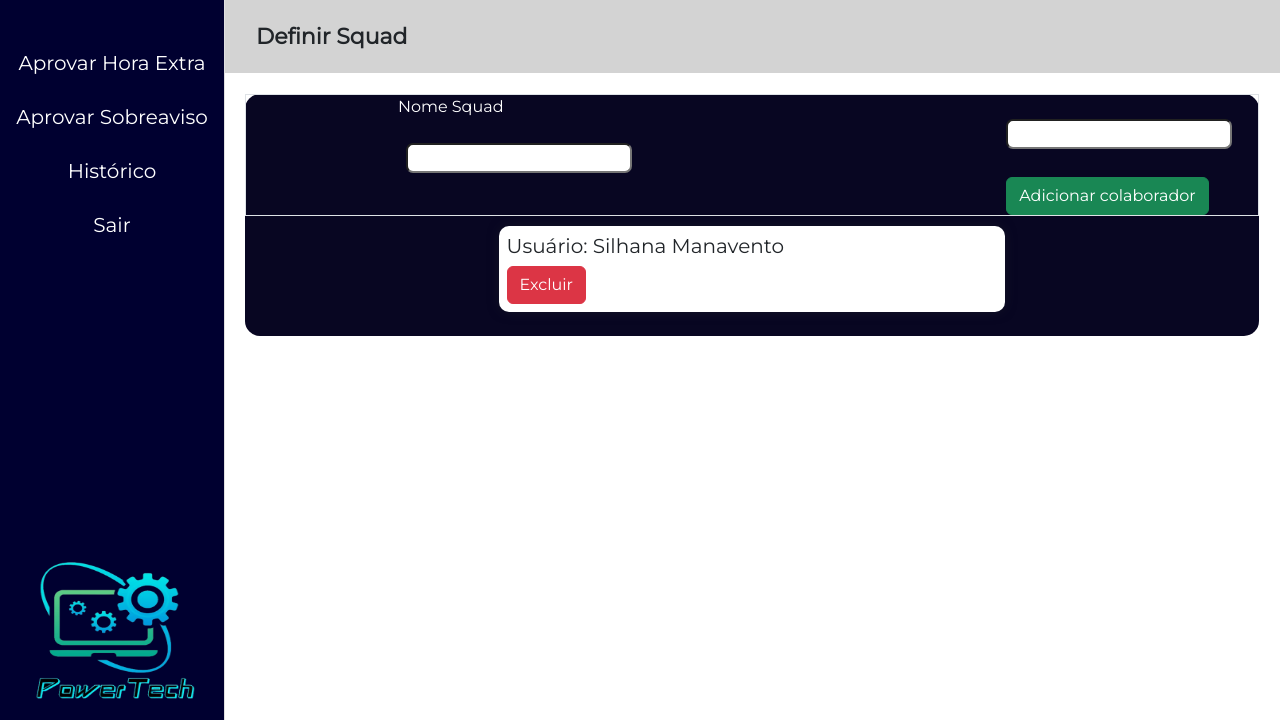
Repository: PowerTech-Fatec/API-2RP-NET
Page: /adm/squad (app in Sprint 3/2rp-web/)
The author's editor kept a copy of each file at every save. The page is drawn from the files as they stood at one save, then again after the next save.
The browser window is 1280 px wide. The pictures show the whole page.
The project was rebuilt for these pictures with package versions that can differ from the ones it lists, and the page was loaded fresh each time. Also part of the build but not shown: Sprint 3/2rp-web/src/pages/login/login.js, Sprint 3/2rp-web/src/pages/home/dashboard.js, Sprint 3/2rp-web/src/pages/home/sobreaviso/sobreaviso.css, Sprint 3/2rp-web/src/pages/home/sobreaviso/sobreaviso.js, Sprint 3/2rp-web/src/pages/home/hora-extra/hora-extra.css, Sprint 3/2rp-web/src/pages/home/hora-extra/hora-extra.js, Sprint 3/2rp-web/src/components/cards/Cards.js, Sprint 3/2rp-web/src/pages/home/gestor/aprovar-hora-extra/gestor.js and 3 more.

Above is the page before, as saved 2022-11-02 16:31:57.

After the next save:
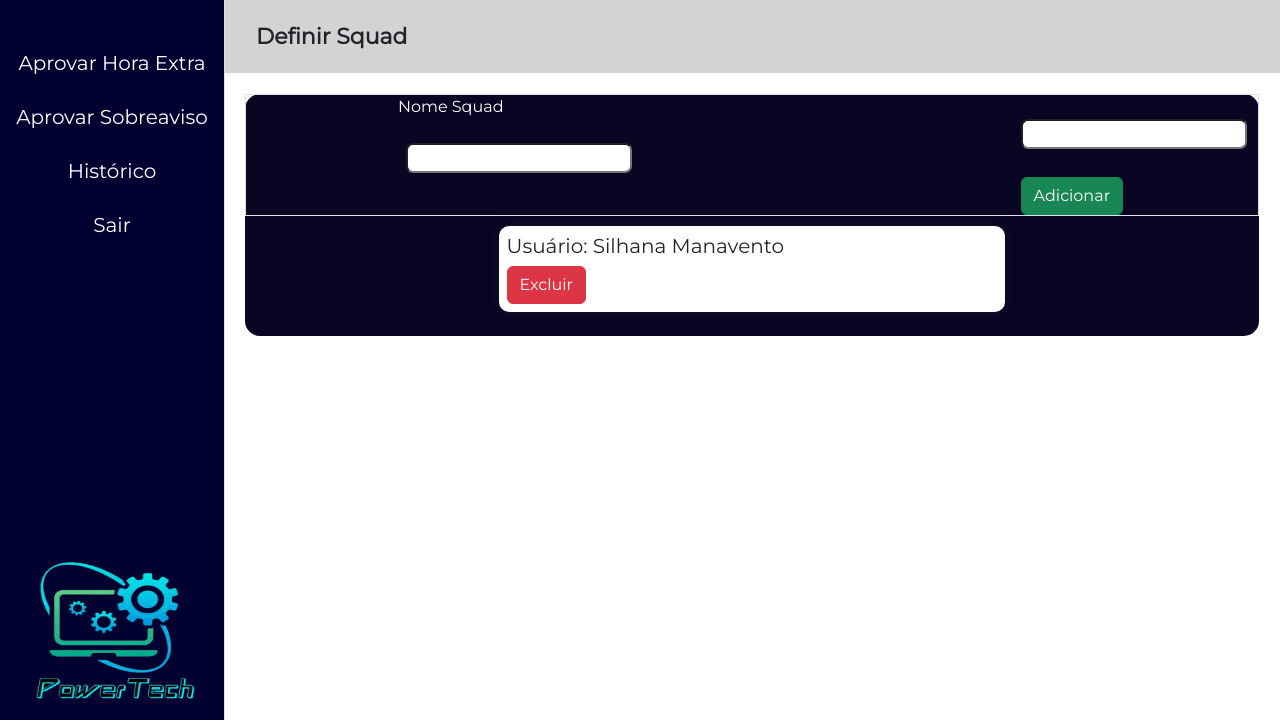
Saved 33 s later.
--- a/Sprint 3/2rp-web/src/pages/home/adm/squad/def-squad.js
+++ b/Sprint 3/2rp-web/src/pages/home/adm/squad/def-squad.js
@@ -24,7 +24,7 @@ function Squad() {
 
 
             <span className="filtroLabel">
-            <input className="squad-name mt-4 mb-4"></input><button type="button" class="btn btn-success mt-1">Adicionar colaborador</button>
+            <input className="squad-name mt-4 mb-4"></input><button type="button" class="btn btn-success mt-1">Adicionar</button>
             </span>
             </div>
 
